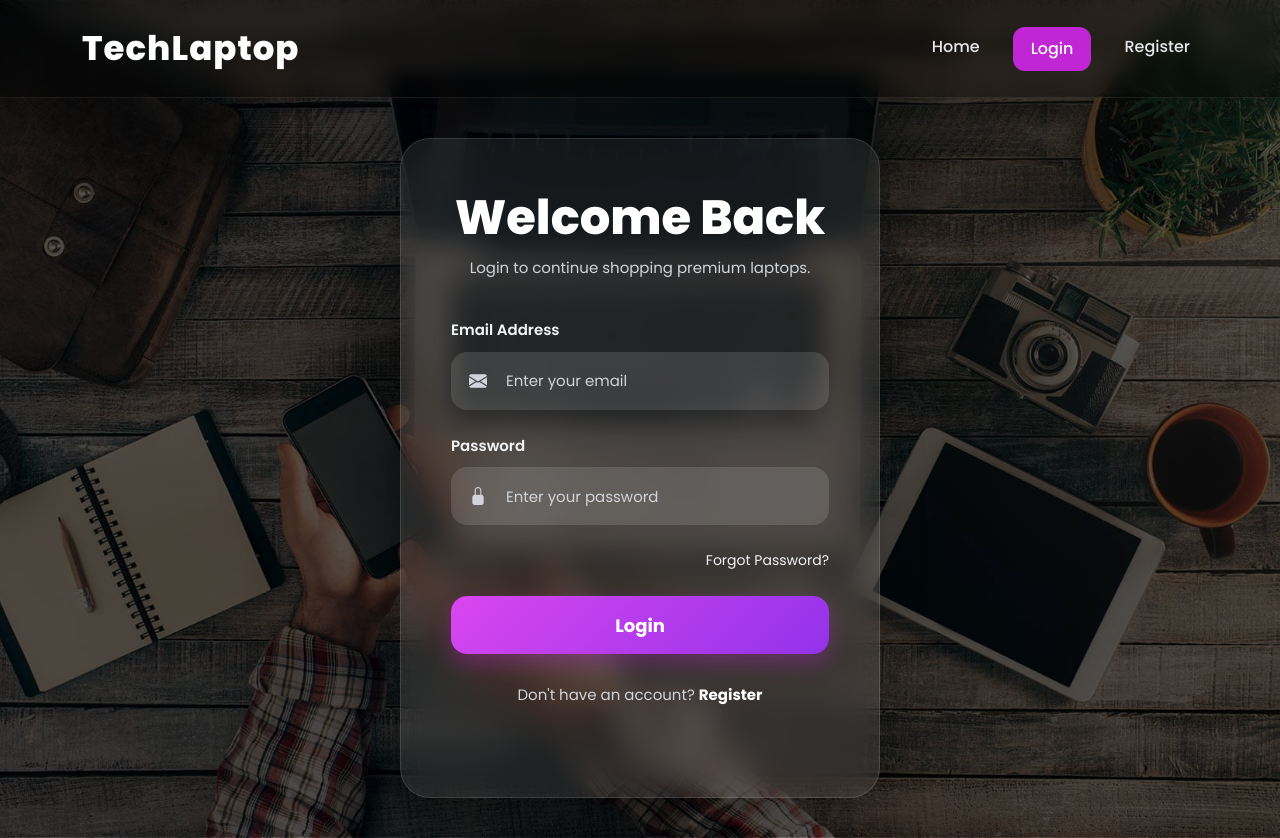
Repository: shiwamshete24-cmyk/eccomerce-laptop-website
Page: eccomerce laptop website/src/main/webapp/login.html
These files come from the project's save history. The page is drawn as it stood at one moment and after the next save; the edit follows.
The browser window is 1280 px wide. The pictures show the whole page.

Above is the page before, as saved 2026-05-26 19:50:24.

### eccomerce laptop website/src/main/webapp/login.html
<!DOCTYPE html>
<html lang="en">

<head>

<meta charset="UTF-8">

<meta
name="viewport"
content="width=device-width, initial-scale=1.0">

<title>

	Login - TechLaptop

</title>

<!-- BOOTSTRAP -->

<link
href="https://cdn.jsdelivr.net/npm/bootstrap@5.3.2/dist/css/bootstrap.min.css"
rel="stylesheet">

<!-- ICONS -->

<link
rel="stylesheet"
href="https://cdn.jsdelivr.net/npm/bootstrap-icons@1.11.3/font/bootstrap-icons.css">

<!-- GOOGLE FONT -->

<link
href="https://fonts.googleapis.com/css2?family=Poppins:wght@300;400;500;600;700;800&display=swap"
rel="stylesheet">

<style>

*{
	margin:0;
	padding:0;
	box-sizing:border-box;
	font-family:'Poppins',sans-serif;
}

body{

	min-height:100vh;

	background:
	linear-gradient(
	rgba(0,0,0,0.65),
	rgba(0,0,0,0.65)
	),

	url("img/myimg3.jpg");

	background-size:cover;

	background-position:center;

	background-repeat:no-repeat;

	overflow-x:hidden;

}

/* =========================
   NAVBAR
========================= */

.navbar{

	padding:18px 70px;

	background:rgba(0,0,0,0.35);

	backdrop-filter:blur(10px);

	border-bottom:
	1px solid rgba(255,255,255,0.08);

}

.navbar-brand{

	font-size:34px;

	font-weight:800;

	color:white !important;

	letter-spacing:1px;

}

.navbar-nav .nav-link{

	color:#e5e7eb !important;

	font-size:16px;

	font-weight:500;

	margin-left:25px;

	transition:0.3s;

	position:relative;

}

.navbar-nav .nav-link:hover{

	color:#c026d3 !important;

}

.navbar-nav .active{

	background:#c026d3;

	padding:10px 18px !important;

	border-radius:12px;

	color:white !important;

}

/* =========================
   MAIN CONTAINER
========================= */

.login-wrapper{

	min-height:90vh;

	display:flex;

	align-items:center;

	justify-content:center;

	padding:40px;

}

/* =========================
   LOGIN BOX
========================= */

.login-box{

	width:100%;

	max-width:480px;

	background:
	rgba(255,255,255,0.08);

	backdrop-filter:blur(16px);

	border:
	1px solid rgba(255,255,255,0.12);

	border-radius:30px;

	padding:50px;

	box-shadow:
	0 10px 40px rgba(0,0,0,0.35);

	color:white;

	animation:fadeIn 0.8s ease;

}

/* =========================
   ANIMATION
========================= */

@keyframes fadeIn{

	from{

		opacity:0;

		transform:translateY(30px);

	}

	to{

		opacity:1;

		transform:translateY(0);

	}

}

/* =========================
   TEXT
========================= */

.login-box h1{

	font-size:48px;

	font-weight:800;

	margin-bottom:10px;

	text-align:center;

}

.login-box p{

	text-align:center;

	color:#d1d5db;

	margin-bottom:40px;

	font-size:15px;

}

/* =========================
   FORM
========================= */

.form-group{

	margin-bottom:25px;

}

.form-group label{

	display:block;

	margin-bottom:10px;

	font-size:15px;

	font-weight:600;

	color:#f3f4f6;

}

.input-box{

	position:relative;

}

.input-box i{

	position:absolute;

	left:18px;

	top:50%;

	transform:translateY(-50%);

	color:#d1d5db;

	font-size:18px;

}

.input-box input{

	width:100%;

	height:58px;

	background:
	rgba(255,255,255,0.12);

	border:none;

	outline:none;

	border-radius:16px;

	padding-left:55px;

	padding-right:15px;

	color:white;

	font-size:15px;

	transition:0.3s;

}

.input-box input::placeholder{

	color:#d1d5db;

}

.input-box input:focus{

	background:
	rgba(255,255,255,0.18);

	border:
	1px solid #c026d3;

}

/* =========================
   OPTIONS
========================= */

.options{

	display:flex;

	justify-content:flex-end;

	margin-bottom:25px;

}

.options a{

	color:#f3f4f6;

	text-decoration:none;

	font-size:14px;

	transition:0.3s;

}

.options a:hover{

	color:#c026d3;

}

/* =========================
   LOGIN BUTTON
========================= */

.login-btn{

	width:100%;

	height:58px;

	border:none;

	border-radius:16px;

	background:
	linear-gradient(
	135deg,
	#d946ef,
	#9333ea
	);

	color:white;

	font-size:18px;

	font-weight:700;

	transition:0.4s;

	box-shadow:
	0 10px 20px rgba(192,38,211,0.3);

}

.login-btn:hover{

	transform:translateY(-4px);

	box-shadow:
	0 15px 30px rgba(192,38,211,0.45);

}

/* =========================
   REGISTER
========================= */

.register-text{

	text-align:center;

	margin-top:30px;

	color:#e5e7eb;

	font-size:15px;

}

.register-text a{

	color:white;

	font-weight:700;

	text-decoration:none;

	transition:0.3s;

}

.register-text a:hover{

	color:#d946ef;

}

/* =========================
   MOBILE
========================= */

@media(max-width:768px){

	.navbar{

		padding:15px 25px;

	}

	.login-box{

		padding:35px 25px;

	}

	.login-box h1{

		font-size:38px;

	}

}

</style>

</head>

<body>

<!-- NAVBAR -->

<nav class="navbar navbar-expand-lg navbar-dark">

	<div class="container-fluid">

		<a
		class="navbar-brand"
		href="index.html">

			TechLaptop

		</a>

		<button
		class="navbar-toggler"
		type="button"
		data-bs-toggle="collapse"
		data-bs-target="#menu">

			<span class="navbar-toggler-icon"></span>

		</button>

		<div
		class="collapse navbar-collapse"
		id="menu">

			<ul class="navbar-nav ms-auto">

				<li class="nav-item">

					<a
					class="nav-link"
					href="index.html">

						Home

					</a>

				</li>

				<li class="nav-item">

					<a
					class="nav-link active"
					href="login.html">

						Login

					</a>

				</li>

				<li class="nav-item">

					<a
					class="nav-link"
					href="register.html">

						Register

					</a>

				</li>

			</ul>

		</div>

	</div>

</nav>

<!-- LOGIN -->

<section class="login-wrapper">

	<div class="login-box">

		<h1>

			Welcome Back

		</h1>

		<p>

			Login to continue shopping premium laptops.

		</p>

		<form
		method="post"
		action="login">

			<!-- EMAIL -->

			<div class="form-group">

				<label>

					Email Address

				</label>

				<div class="input-box">

					<i class="bi bi-envelope-fill"></i>

					<input
					type="email"
					name="email"
					placeholder="Enter your email"
					required>

				</div>

			</div>

			<!-- PASSWORD -->

			<div class="form-group">

				<label>

					Password

				</label>

				<div class="input-box">

					<i class="bi bi-lock-fill"></i>

					<input
					type="password"
					name="password"
					placeholder="Enter your password"
					required>

				</div>

			</div>

			<!-- OPTIONS -->

			<div class="options">

				<a href="#">

					Forgot Password?

				</a>

			</div>

			<!-- BUTTON -->

			<button
			type="submit"
			class="login-btn">

				Login

			</button>

			<!-- REGISTER -->

			<p class="register-text">

				Don't have an account?

				<a href="register.html">

					Register

				</a>

			</p>

		</form>

	</div>

</section>

<script
src="https://cdn.jsdelivr.net/npm/bootstrap@5.3.2/dist/js/bootstrap.bundle.min.js">
</script>

</body>

</html>

After the next save:
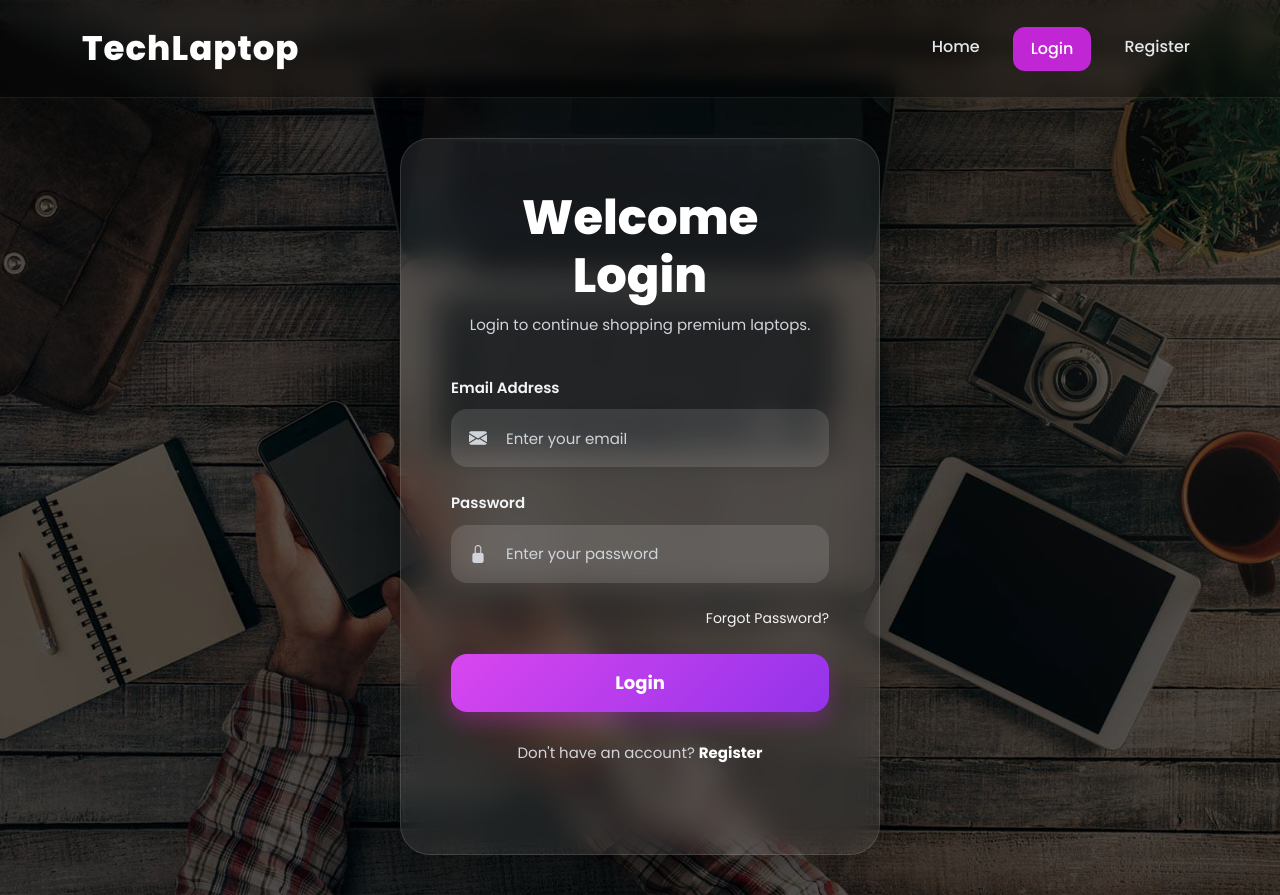
Saved 43 s later.
--- a/eccomerce laptop website/src/main/webapp/login.html
+++ b/eccomerce laptop website/src/main/webapp/login.html
@@ -540,7 +540,7 @@ body{
 
 		<h1>
 
-			Welcome Back
+			Welcome Login
 
 		</h1>
 
